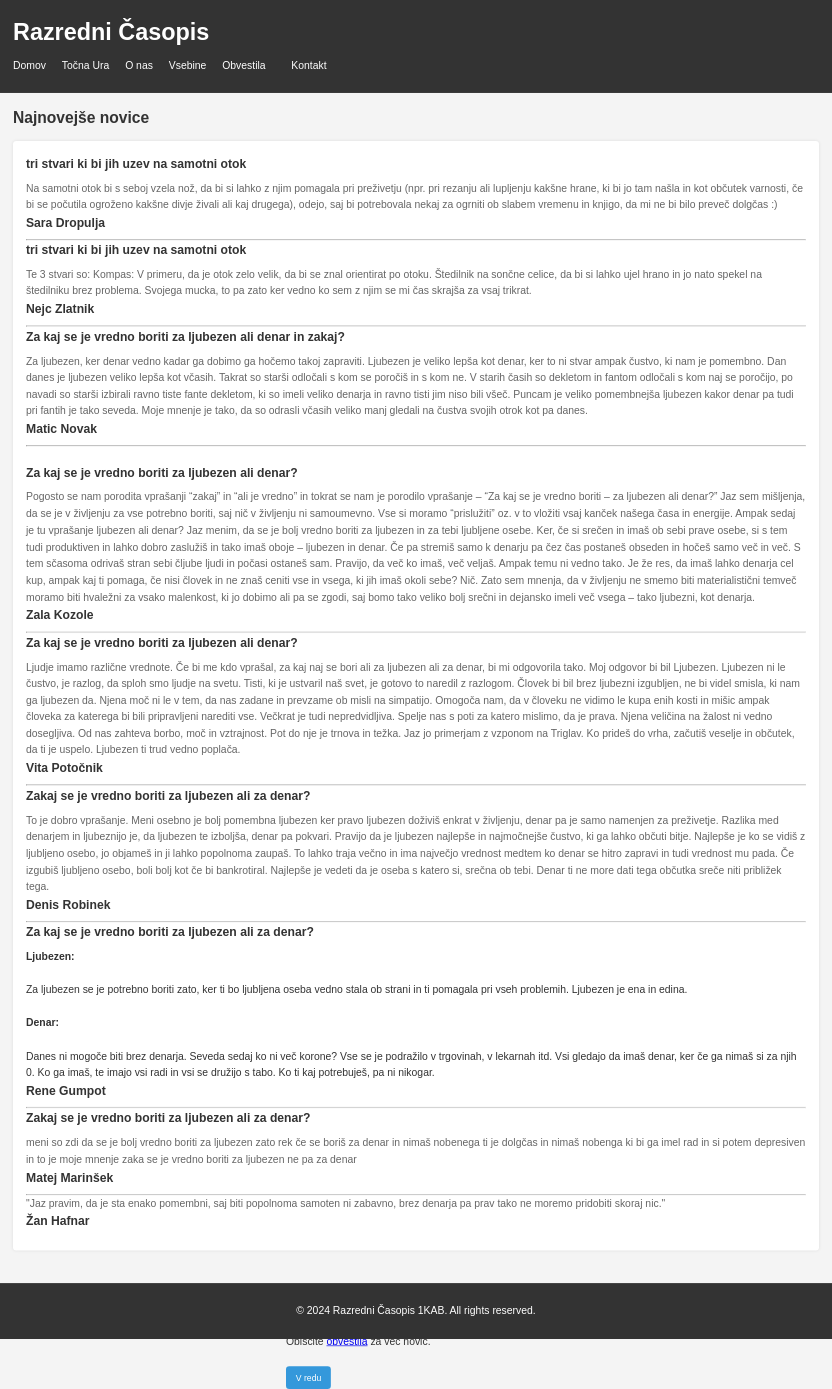
Repository: razrednicasopis/razrednicasopis.github.io
Page: Resources/casopis-html.html
An editor plug-in stored every save of this project. The page is shown before and after the next save, followed by the edit.
The browser window is 1280 px wide. The pictures show the whole page, at 65% of full size.

Above is the page before, as saved 2024-01-23 09:14:51.

After the next save:
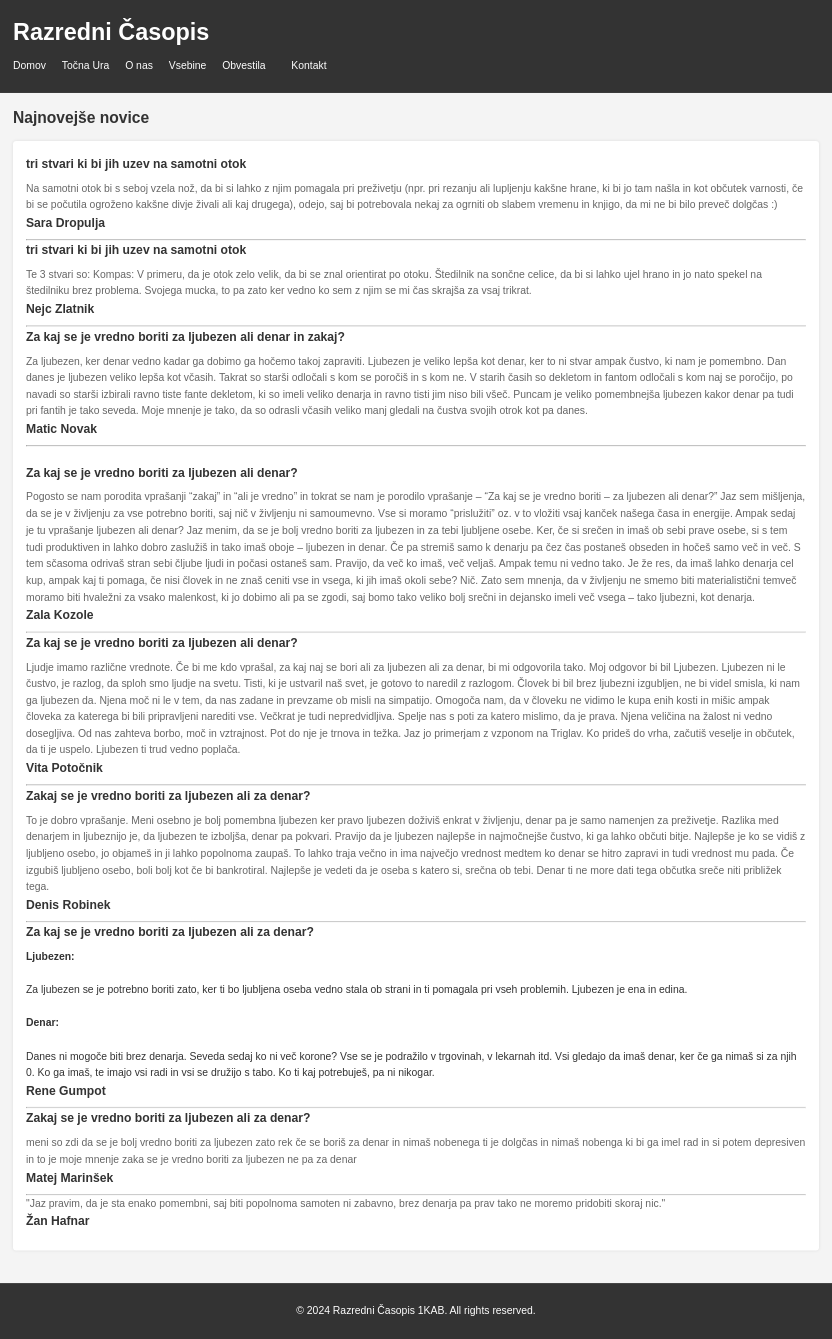
Saved 19 s later.
--- a/Resources/casopis-html.html
+++ b/Resources/casopis-html.html
@@ -109,7 +109,7 @@ in to je moje mnenje zaka se je vredno boriti za ljubezen ne pa za denar
 
 <!--Od tu naprej je koda za razne stvari kot so popupi-->
 
-<div id="popupContainer"></div>
+<div id="popupContainer">
   <div id="popupContent">
       <h1><b>NEDOSEGLJIVE VSEBINE</b></h1>
       <p>Te vsebine bodo na voljo v naslednjih verzijah strani.
